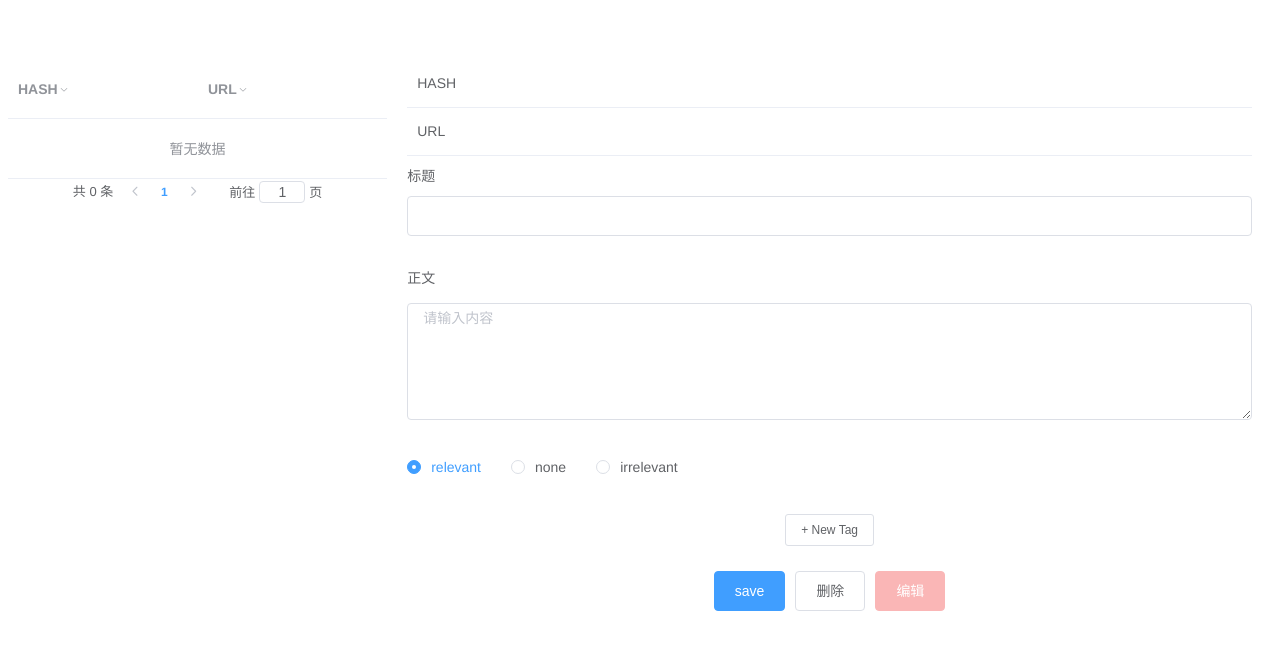
Repository: NicoleGX/TI
Page: /
These files come from the project's save history. The page is drawn as it stood at one moment and after the next save; the edit follows.
The browser window is 1280 px wide. The pictures show the whole page.
The page's requests for data from a server got no answer. The project was rebuilt for these pictures with package versions that can differ from the ones it lists, and the page was loaded fresh each time. No one was signed in, and anything a server would have sent is missing.

Above is the page before, as saved 2019-05-30 21:09:00.

After the next save:
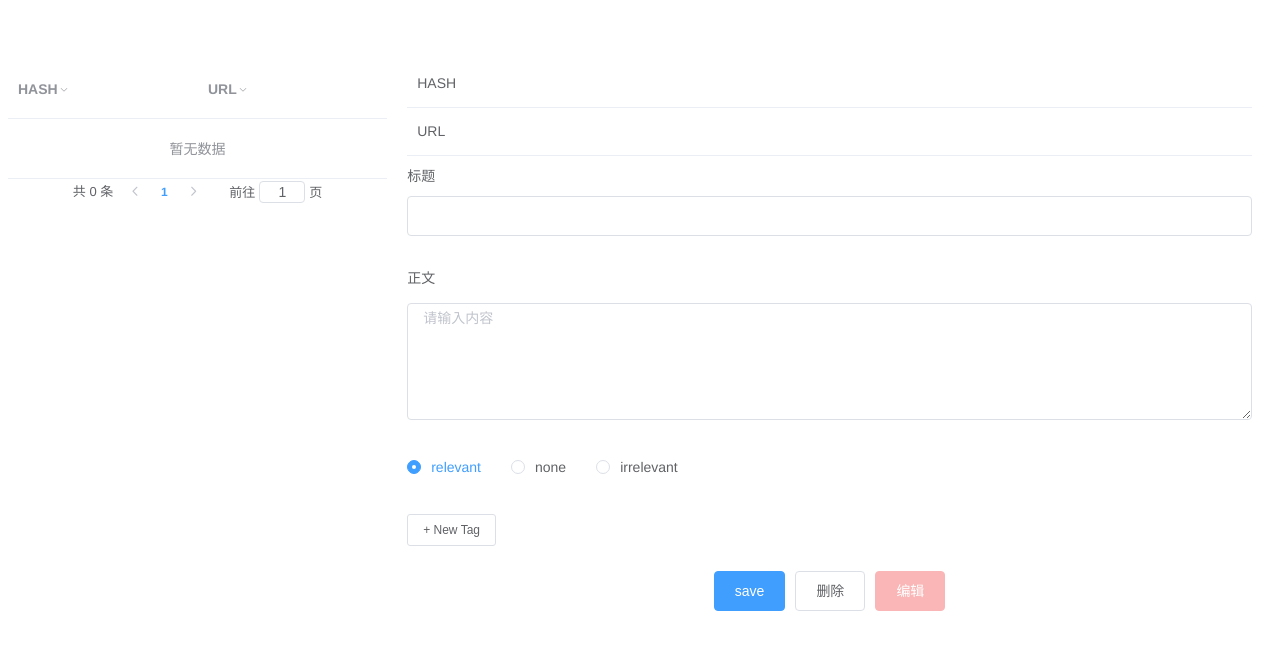
Saved 26 s later.
--- a/src/views/TextClassification.vue
+++ b/src/views/TextClassification.vue
@@ -71,7 +71,7 @@
           <el-radio v-model="form.relevant" label="none" name="type"></el-radio>
           <el-radio v-model="form.relevant" label="irrelevant" name="type"></el-radio>
         </el-form-item>
-        <el-form-item>
+        <el-form-item style="text-align: left;">
           <el-tag
             :key="tag"
             v-for="tag in dynamicTags"
